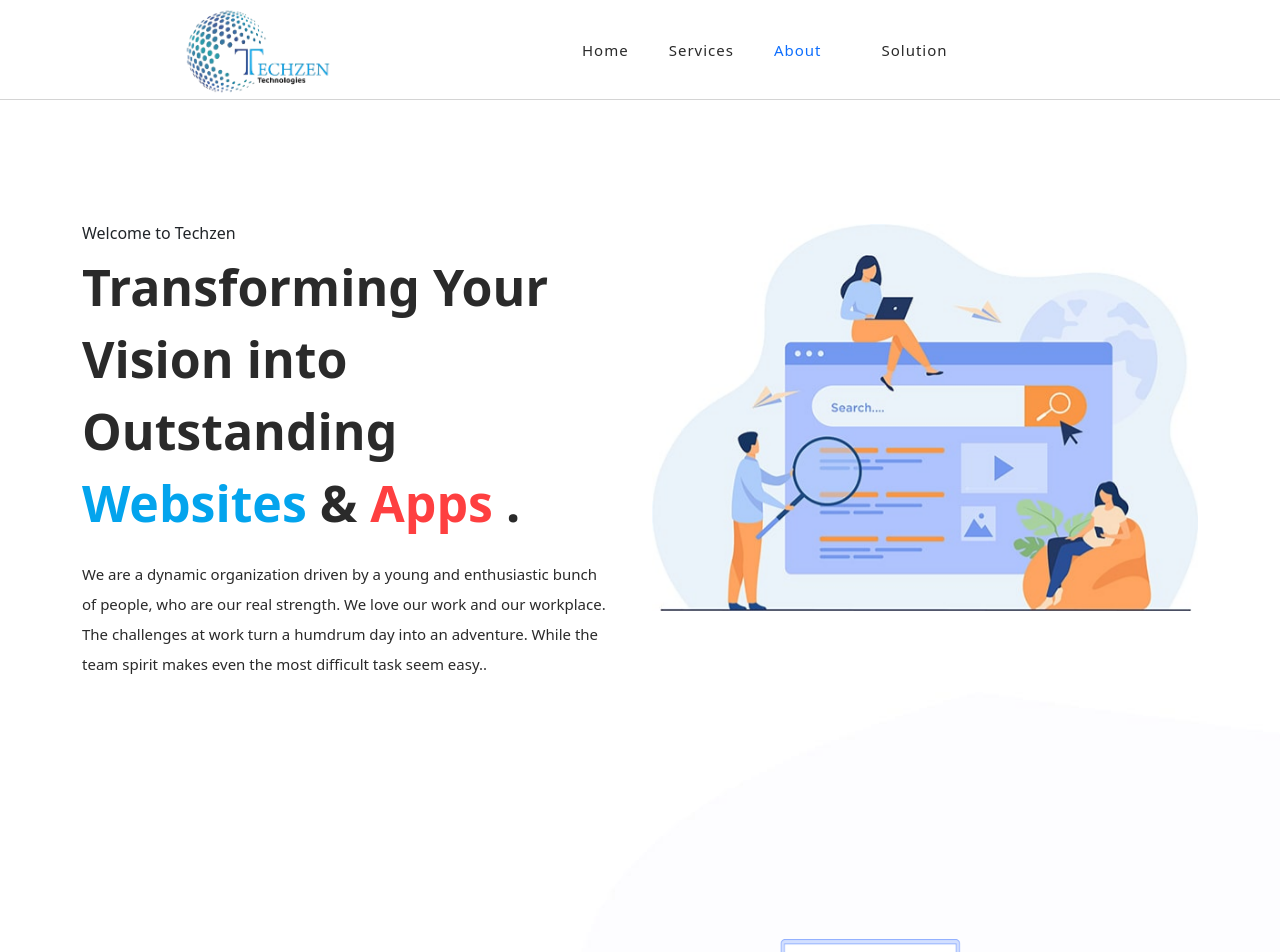
Repository: vijayholve/techzen
Page: about.html
The author's editor kept a copy of each file at every save. The page is drawn from the files as they stood at one save, then again after a run of saves.
The browser window is 1280 px wide. The pictures show the part of the page from y = 0 to 952 px (the page is 4746 px tall before and 4532 px after).
Some web libraries are served in a nearby version.

Above is the page before, as saved 2024-11-13 16:51:42.

### about.html


<!DOCTYPE html>
<html lang="en">

  <head>

    <meta charset="UTF-8">
    <meta name="viewport" content="width=device-width, initial-scale=1, shrink-to-fit=no">
    <meta name="description" content="">
    <meta name="author" content="">
    <link rel="preconnect" href="https://fonts.googleapis.com">
    <link rel="preconnect" href="https://fonts.gstatic.com" crossorigin>
    <link href="https://fonts.googleapis.com/css2?family=Roboto:wght@100;300;400;500;700;900&display=swap" rel="stylesheet">

    <title>Techzen</title>

    <!-- Bootstrap core CSS -->
    <link href="vendor/bootstrap/css/bootstrap.min.css" rel="stylesheet">
link:
<!--

TemplateMo 570 Chain App Dev

https://templatemo.com/tm-570-chain-app-dev

-->

    <!-- Additional CSS Files -->
    <link rel="stylesheet" href="https://use.fontawesome.com/releases/v5.8.1/css/all.css" integrity="sha384-50oBUHEmvpQ+1lW4y57PTFmhCaXp0ML5d60M1M7uH2+nqUivzIebhndOJK28anvf" crossorigin="anonymous">
    <link rel="stylesheet" href="assets/css/templatemo-chain-app-dev.css">
    <link rel="stylesheet" href="assets/css/animated.css">
    <link rel="stylesheet" href="assets/css/owl.css">
    <!-- <link rel="stylesheet" href="asse?ts/css2/templatemo-space-dynamic.css"> -->
<!-- <link rel="stylesheet" href="assets/css/style.css"> -->
<link href="https://cdn.jsdelivr.net/npm/bootstrap@5.3.0/dist/css/bootstrap.min.css" rel="stylesheet">
<link rel="stylesheet" href="assets/css/other.css">
</head>

<body>

<header class="navbar navbar-expand-lg fixed-top header-area header-sticky wow slideInDown" data-wow-duration="0.75s" data-wow-delay="0s">
  <div class="container">
    <div class="row">
      <div class="col-12">
        <nav class="main-nav">
          <!-- ***** Logo Start ***** -->
          <a href="index.html" class="logo img-fluid">
            <img src="assets/images/logo-tech.png" class="img-fluid custom-logo" alt="Chain App Dev">
          </a>

          <!-- ***** Logo End ***** -->
          <!-- ***** Menu Start ***** -->
          <ul class="nav">
            <li class="scroll-to-section"><a href="index.html">Home</a></li>
            <li class="scroll-to-section"><a href="service.html">Services</a></li>
            <li class="scroll-to-section"><a href="about.html" class="text-primary">About</a></li>
            <li class="scroll-to-section"><a href="support.html"  >Solution</a></li>
          </ul>
          <!-- ***** Menu End ***** -->
        </nav>
      </div>
    </div>
  </div>
</header>



  <div class="main-banner-about wow fadeIn" id="top" data-wow-duration="1s" data-wow-delay="0.5s">
    <div class="container">
      <div class="row">
        <div class="col-lg-12">
          <div class="row">
            <div class="col-lg-6 align-self-center">
              <div class="left-content header-text wow fadeInLeft" data-wow-duration="1s" data-wow-delay="1s">
                <h6 class="text-dark">Welcome to Techzen</h6>
                <h2>Transforming Your Vision into Outstanding <em>Websites </em> &amp; <span>Apps</span> .</h2>
                <p>We are a dynamic organization driven by a young and enthusiastic bunch of people, who are our real strength. We love our work and our workplace. The challenges at work turn a humdrum day into an adventure. While the team spirit makes even the most difficult task seem easy..</p>
                <!-- <form id="search" action="#" method="GET">
                  <fieldset>
                    <input type="address" name="address" class="email" placeholder="Your website URL..." autocomplete="on" required>
                  </fieldset>
                  <fieldset>
                    <button type="submit" class="main-button">Analyze Site</button>
                  </fieldset>
                </form> -->
              </div>
            </div>
            <div class="col-lg-6">
              <img src="assets/images/about.jpg" class="right-image-about wow fadeInRight" data-wow-duration="1s" data-wow-delay="0.5s">
                 <!-- alt="team meeting"> -->
            </div>
          </div>
        </div>
      </div>
    </div>
  </div>

  <div id="about" class="about-us section">
    <div class="container">
      <div class="row">
        <div class="col-lg-6 align-self-center">
          <div class="section-heading">
            <h4>About <em>What We Do</em> &amp; Who We Are</h4>
            <img src="assets/images/heading-line-dec.png" alt="">
            <!-- <p>Lorem ipsum dolor sit amet, consectetur adipiscing elit, sed do eismod tempor incididunt ut labore et dolore magna.</p> -->
          </div>
          <div class="row">
            <div class="col-lg-6">
              <div class="box-item">
                <h4><a href="#">Maintance Problems</a></h4>
                <!-- <p>Lorem Ipsum Text</p> -->
              </div>
            </div>
            <div class="col-lg-6">
              <div class="box-item">
                <h4><a href="#">24/7 Support &amp; Help</a></h4>
                <!-- <p>Lorem Ipsum Text</p> -->
              </div>
            </div>
            <div class="col-lg-6">
              <div class="box-item">
                <h4><a href="#">Fixing Issues About</a></h4>
                <!-- <p>Lorem Ipsum Text</p> -->
              </div>
            </div>
            <div class="col-lg-6">
              <div class="box-item">
                <h4><a href="#">Co. Development</a></h4>
                <!-- <p>Lorem Ipsum Text</p> -->
              </div>
            </div>
            <div class="col-lg-12 text-dark font-weight-bold">
              <p>Techzen IT Solutions is a leading firm based in India. "Our ultimate objective is to provide best services and improve overall growth of client's business in the cut-throat market".
                .</p>
              <div class="gradient-button">
                <!-- <a href="#">Start 14-Day Free Trial</a> -->
              </div>
              <!-- <span>*No Credit Card Required</span> -->
            </div>
          </div>
        </div>
        <div class="col-lg-6">
          <div class="right-image">
            <img src="assets/images/about-right-dec.png" alt="">
          </div>
        </div>
      </div>
    </div>
  </div>


  <div id="services" class="services section">
    <div class="container">
      <div class="row">
        <div class="col-lg-8 offset-lg-2">
          <div class="section-heading  wow fadeInDown" data-wow-duration="1s" data-wow-delay="0.5s">
            <h4>Our
              <em>Services</em></h4>
            <img src="assets/images/heading-line-dec.png" alt="">

            </p>
          </div>
        </div>
      </div>
    </div>
  <div class="container">

    <div class="row g-4">
        <div class="col-lg-4 col-md-6  wow fadeInUp" data-wow-delay="0.4s">
            <div class="service-item mt-4 rounded h-100 p-5">
                <div class="d-inline-flex align-items-center justify-content-center bg-white rounded-circle mb-4" style="width: 65px; height: 65px;">
                    <img src="all images/th__8_-removebg-preview.png" alt="">
                </div>
                <h4 class="mb-3">Cloud Solutions</h4>
                <p class="mb-4">Empower your business with cloud infrastructure that scales with your growth. Our cloud
                  solutions cover everything from migration to managed services, ensuring security, flexibility,
                  and cost-efficiency.</p>
            </div>
        </div>
        <div class="col-lg-4 col-md-6 wow fadeInUp" data-wow-delay="0.4s">
            <div class="service-item mt-4 rounded h-100 p-5">
                <div class="d-inline-flex align-items-center justify-content-center bg-white rounded-circle mb-4" style="width: 65px; height: 65px;">
                    <img src="assets/images/about.jpg" alt="">
                </div>
                <h4 class="mb-3">Software Development</h4>
                <p class="mb-4">Bring your vision to life with customized software tailored to meet your specific business
                  objectives. From design to deployment, we offer full-cycle software development services.</p>
            </div>
        </div>
        <div class="col-lg-4 col-md-6 wow fadeInUp" data-wow-delay="0.4s">
            <div class="service-item mt-4 rounded h-100 p-5">
                <div class="d-inline-flex align-items-center justify-content-center bg-white rounded-circle mb-4" style="width: 65px; height: 65px;">
                    <img src="assets/images/microchip-solid__1___2_-removebg-preview.png" alt="">
                </div>
                <h4 class="mb-3">Website Development</h4>
                <p class="mb-4">A powerful website makes a powerful brand. Our expert team creates responsive, visually
                  appealing, and functionally robust websites that drive engagement and enhance your brand's
                  online presence..</p>
            </div>
        </div>
      </div>




      <div id="about" class="about-us section">
        <div class="container">
          <div class="row">
            <div class="col-lg-4">
              <div class="left-image wow fadeIn" data-wow-duration="1s" data-wow-delay="0.2s">
                <img src="assets/images/about-left-image.png" alt="person graphic">
              </div>
            </div>
            <div class="col-lg-8 align-self-center">
              <div class="services">
                <div class="row">
                  <div class="col-lg-6">
                    <div class="item wow fadeIn" data-wow-duration="1s" data-wow-delay="0.5s">
                      <div class="icon">
                        <img src="assets/images/service-icon-01.png" alt="reporting">
                      </div>
                      <div class="right-text">
                        <h4>Data Analysis</h4>
                        <p>Lorem ipsum dolor sit amet, ctetur aoi adipiscing eliter</p>
                      </div>
                    </div>
                  </div>
                  <div class="col-lg-6">
                    <div class="item wow fadeIn" data-wow-duration="1s" data-wow-delay="0.7s">
                      <div class="icon">
                        <img src="assets/images/service-icon-02.png" alt="">
                      </div>
                      <div class="right-text">
                        <h4>Data Reporting</h4>
                        <p>Lorem ipsum dolor sit amet, ctetur aoi adipiscing eliter</p>
                      </div>
                    </div>
                  </div>
                  <div class="col-lg-6">
                    <div class="item wow fadeIn" data-wow-duration="1s" data-wow-delay="0.9s">
                      <div class="icon">
                        <img src="assets/images/service-icon-03.png" alt="">
                      </div>
                      <div class="right-text">
                        <h4>Web Analytics</h4>
                        <p>Lorem ipsum dolor sit amet, ctetur aoi adipiscing eliter</p>
                      </div>
                    </div>
                  </div>
                  <div class="col-lg-6">
                    <div class="item wow fadeIn" data-wow-duration="1s" data-wow-delay="1.1s">
                      <div class="icon">
                        <img src="assets/images/service-icon-04.png" alt="">
                      </div>
                      <div class="right-text">
                        <h4>SEO Suggestions</h4>
                        <p>Lorem ipsum dolor sit amet, ctetur aoi adipiscing eliter</p>
                      </div>
                    </div>
                  </div>
                </div>
              </div>
            </div>
          </div>
        </div>
      </div>




  <footer id="newsletter">
    <div class="container">
      <div class="row">
        <div class="col-lg-8 offset-lg-2">
          <div class="section-heading">
            <h4>Techzen Technologies Private limited</h4>
          </div>
        </div>
        <div class="col-lg-6 offset-lg-3">

        </div>
      </div>
      <div class="row">
          <div class="col-lg-3">
            <div class="footer-widget">
              <h4>About Us</h4>

              <ul>
                <li><a href="index.html">Home</a></li>
                <li><a href="about.html">About</a></li>
                <li><a href="service.html">Service</a></li>
                <li><a href="support.html">Solution</a></li>
            </div>
          </div>
        <div class="col-lg-3">
          <div class="footer-widget">
            <h4>Contact Us</h4>
            <p>
              Techzen Technologies Private Limited
              Mauli Nagar, Magarpatta, Hadapsar, Pune, Maharashtra 411028</p>
            <p><a href="#">
              📞 +91 8180944800
              </a></p>
            <!--<p><a href="#"> Support: support@techzentech.in</a></p>
              <p><a href="#"> Contact: info@techzentech.in</a></p>  -->
          </div>
        </div>
        <div class="col-lg-3">
          <div class="footer-widget">
            <h4>Useful Links</h4>
            <ul>
              <li><a href="https://www.instagram.com/techzen_technologies_
                ">Instagram </a></li>
              <li><a href="https://www.linkedin.com/in/techzen-technologies-4746372a7
                ">Linkedin</a></li>
              <!-- <li><a href="#">Development</a></li>
              <li><a href="#">App News</a></li> -->
            </ul>
            <!-- <ul>
              <li><a href="#">App Dev Team</a></li>
              <li><a href="#">Digital Web</a></li>
              <li><a href="#">Normal Apps</a></li>
            </ul> -->
          </div>
        </div>
        <div class="col-lg-3">
            <div class="footer-widget">
              <h4>Technical Support </h4>
              <p>

                  <p><a href="#">  support@techzentech.in</a></p>
                  <p><a href="#">  info@techzentech.in</a></p>
                  <p><a href="#">sales@techzentech.in</a></p>
              <p><a href="#">
                📞 +91 8177816241
                </a></p>
              <!-- <p><a href="#">Sales: sales@techzentech.in</a></p> -->
              <!-- <p><a href="#"> Support: support@techzentech.in</a></p>
                <p><a href="#"> Contact: info@techzentech.in</a></p> -->
            </div>
          </div>
        <!-- <div class="col-lg-3">
          <div class="footer-widget">
            <h4>About Our Company</h4>
            <div class="logo">
              <img src="assets/images/white-logo.png" alt="">
            </div>
            <p>We are a dynamic organization driven by a young and enthusiastic bunch of people, who are our real strength. We love our work and our workplace. The challenges at work turn a humdrum day into an adventure. While the team spirit makes even the most difficult task seem easy..</p>
          </div>
        </div> -->
        <div class="col-lg-12">
          <div class="copyright-text">
            <p>Copyright © Techzen App Dev Company. All Rights Reserved.
          </div>
        </div>
      </div>
    </div>
  </footer>


 <!-- Scripts -->
 <script src="vendor/jquery/jquery.min.js"></script>
 <script src="https://code.jquery.com/jquery-3.3.1.slim.min.js" integrity="sha384-q8i/X+965DzO0rT7abK41JStQIAqVgRVzpbzo5smXKp4YfRvH+8abtTE1Pi6jizo" crossorigin="anonymous"></script>
 <script src="https://cdn.jsdelivr.net/npm/popper.js@1.14.7/dist/umd/popper.min.js" integrity="sha384-UO2eT0CpHqdSJQ6hJty5KVphtPhzWj9WO1clHTMGa3JDZwrnQq4sF86dIHNDz0W1" crossorigin="anonymous"></script>
 <script src="https://cdn.jsdelivr.net/npm/bootstrap@4.3.1/dist/js/bootstrap.min.js" integrity="sha384-JjSmVgyd0p3pXB1rRibZUAYoIIy6OrQ6VrjIEaFf/nJGzIxFDsf4x0xIM+B07jRM" crossorigin="anonymous"></script> <script src="assets/js/owl-carousel.js"></script>
 <script src="assets/js/animation.js"></script>


</body>
</html>

### assets/css/other.css

.contact-us {
    padding: 160px 0px;
    background-image: url(../images/White_Colorful_Modern_Diagram_Graph__4_-removebg-preview.png);
    background-repeat: no-repeat;
    background-position: center center;
    background-size: cover;
  }

  .contact-us .section-heading h2,
  .contact-us .section-heading h2 em,
  .contact-us .section-heading h2 span {
    color: #fff;
  }

  .contact-us .section-heading p {
    color: #fff;
    margin-top: 30px;
  }

  .phone-info {
    margin-top: 40px;
  }

  .phone-info h4 {
    font-size: 20px;
    font-weight: 700;
    color: #fff;
  }

  .phone-info h4 span i {
    width: 46px;
    height: 46px;
    display: inline-block;
    text-align: center;
    line-height: 46px;
    background-color: #fff;
    border-radius: 50%;
    color: #ff3b2c;
    font-size: 22px;
    margin-left: 30px;
    margin-right: 15px;
  }

  .phone-info h4 span a {
    color: #fff;
    font-size: 15px;
    font-weight: 400;
  }

  form#contact .contact-dec {
    position: absolute;
    right: -166px;
    bottom: 0;
  }

  form#contact .contact-dec img {
    max-width: 178px;
  }

  form#contact {
    margin-left: 30px;
    position: relative;
    background-color: #fff;
    padding: 60px 30px;
    border-radius: 20px;
  }

  form#contact input {
    width: 100%;
    height: 46px;
    border-radius: 33px;
    background-color: #d1f3ff;
    border: none;
    outline: none;
    font-size: 15px;
    font-weight: 300;
    color: #2a2a2a;
    padding: 0px 20px;
    margin-bottom: 20px;
  }

  form#contact input::placeholder {
    color: #2a2a2a;
  }

  form#contact textarea {
    width: 100%;
    min-width: 100%;
    max-width: 100%;
    max-height: 180px;
    min-height: 140px;
    height: 140px;
    border-radius: 20px;
    background-color: #d1f3ff;
    border: none;
    outline: none;
    font-size: 15px;
    font-weight: 300;
    color: #2a2a2a;
    padding: 15px 20px;
    margin-bottom: 20px;
  }

  form#contact textarea::placeholder {
    color: #2a2a2a;
  }

  form#contact button {
    display: inline-block;
    background-color: #03a4ed;
    font-size: 15px;
    font-weight: 400;
    color: #fff;
    text-transform: capitalize;
    padding: 12px 25px;
    border-radius: 23px;
    letter-spacing: 0.25px;
    border: none;
    outline: none;
    transition: all .3s;
  }

  form#contact button:hover {
    background-color: #fe3f40;
  }

  .img-service{
    width: 250px;
    height: auto;
    margin-bottom: 20px;
  }

.header-area {
  z-index: 1000; /* Ensure it stays on top of other elements */
}
.custom-logo {
max-width: 150px; /* Set your preferred maximum width */
height: auto; /* Maintains aspect ratio */
}

/* </style */

.main-nav .nav {
display: none;
}

.main-nav .nav.active {
display: block;
}
.menu-trigger {
display: inline-block;
cursor: pointer;
}

.menu-trigger span {
display: block;
background: #333;
width: 30px;
height: 3px;
margin: 5px 0;
}




.main-banner-about .left-content h2 {
font-size: 50px;
font-weight: 700;
color: #2a2a2a;
line-height: 72px;
}

.main-banner-about .left-content h2 em {
color: #03a4ed;
font-style: normal;
}

.main-banner-about .left-content h2 span {
color: #fe3f40;
}

.main-banner-about .left-content p {
margin: 20px 0px;
}

.main-banner-about .left-content form {
margin-top: 30px;
width: 470px;
height: 66px;
position: relative;
}


.menu-trigger {
display: inline-block;
cursor: pointer;
}

.menu-trigger span {
display: block;
background: #333;
width: 30px;
height: 3px;
margin: 5px 0;
}

### assets/css/career.css
#about {
    margin-top: 120px;
  }

  .about-us {
    background-image: url(../images/about-bg.png);
    background-repeat: no-repeat;
    background-position: center center;
    background-size: cover;
    padding: 140px 0px 120px 0px;
  }

  .about-us .left-image {
    margin-right: 45px;
  }

  .about-us .services .item {
    margin-bottom: 30px;
  }

  .about-us .services .item .icon {
    float: left;
    margin-right: 25px;
  }

  .about-us .services .item .icon img {
    max-width: 70px;
  }

  .about-us .services .item h4 {
    color: #fff;
    font-size: 20px;
    font-weight: 700;
    margin-bottom: 12px;
  }

  .about-us .services .item p {
    color: #fff;
  }



@media (max-width: 992px) {

#about {
    margin-top: 0px;
  }
  .about-us {
    position: relative;
    background-image: none;
    padding: 0px;
  }
  .about-us .left-image {
    margin-right: 0px;
    position: absolute;
    bottom: -220px;
    right: 0;
  }
  .about-us .services {
    text-align: center;
  }
  .about-us .services .item  {
    background: rgb(255,77,30);
    background: linear-gradient(105deg, rgba(255,77,30,1) 0%, rgba(255,44,109,1) 100%);
    padding: 30px;
    border-radius: 20px;
    display: inline-block;
  }
  .about-us .services .item .right-text {
    text-align: left;
  }
}

Loaded but not shown: vendor/bootstrap/css/bootstrap.min.css (library); assets/css/animated.css (common file); vendor/jquery/jquery.min.js (library); assets/js/owl-carousel.js (3448 lines, source omitted); assets/js/animation.js (193 lines, source omitted); assets/css/templatemo-chain-app-dev.css (2272 lines, source omitted); assets/css/owl.css (186 lines, source omitted)

After the next 5 saves:
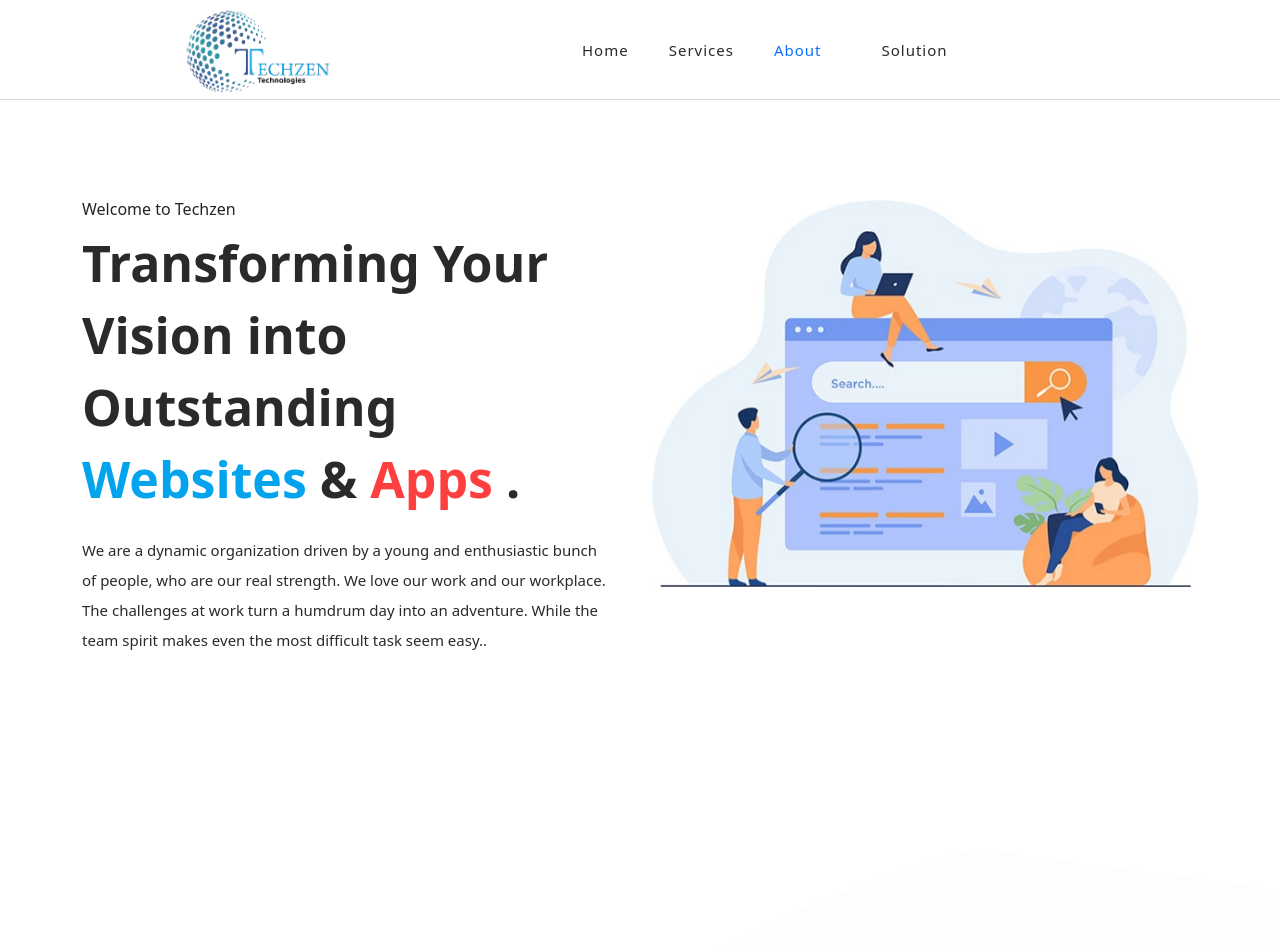
The 5 saves are shown as one change because they came seconds apart.
The last was saved 15 s later.
--- a/about.html
+++ b/about.html
@@ -17,7 +17,7 @@
 
     <!-- Bootstrap core CSS -->
     <link href="vendor/bootstrap/css/bootstrap.min.css" rel="stylesheet">
-link:
+<link rel="stylesheet" href="assets/css/career.css">
 <!--
 
 TemplateMo 570 Chain App Dev
